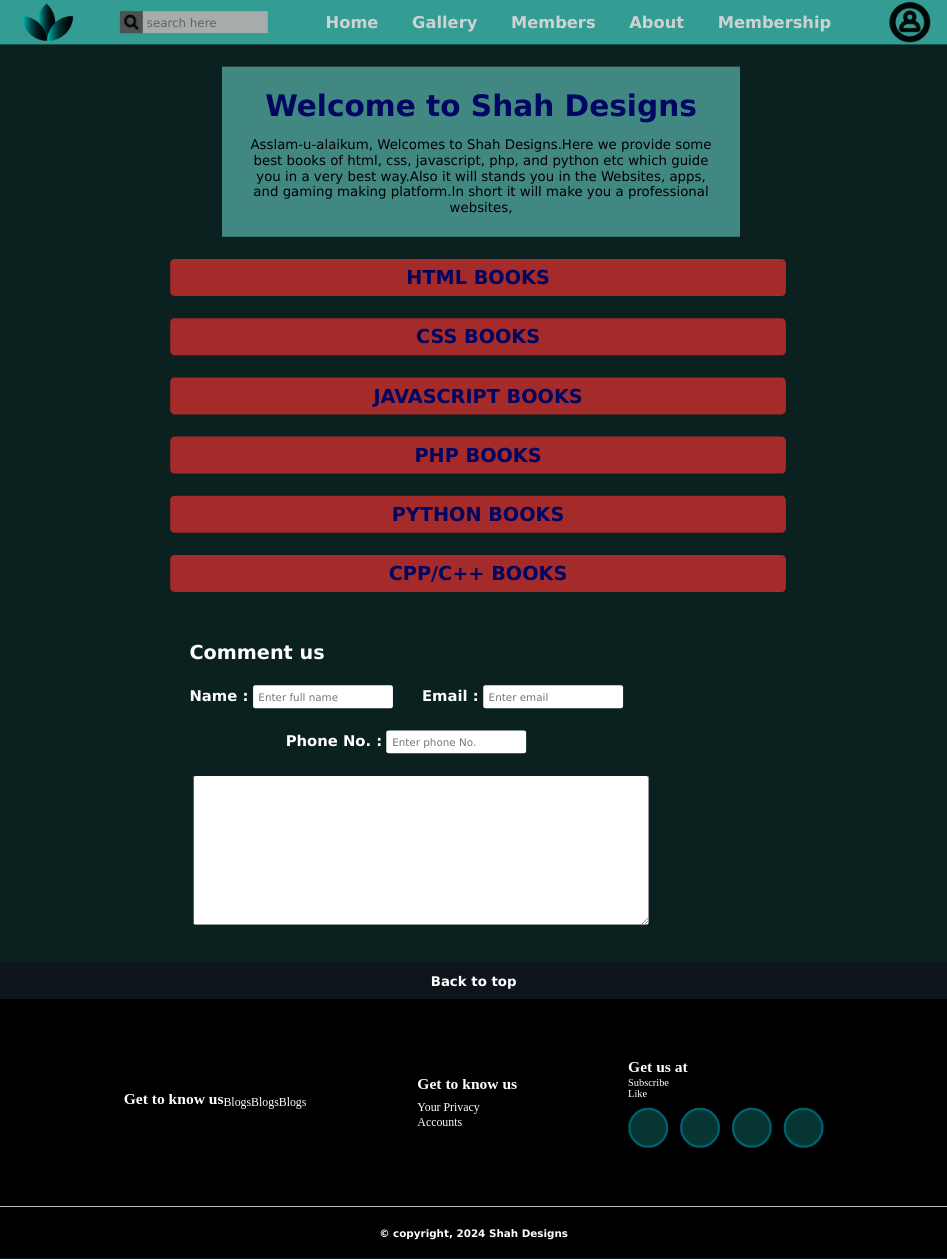
Repository: RawahaMR11/my_assignments
Page: rawaha computer/Shah Designs web/Shah home page.html
The author's editor kept a copy of each file at every save. The page is drawn from the files as they stood at one save, then again after the next save.
The browser window is 1280 px wide. The pictures show the whole page, at 74% of full size.

Above is the page before, as saved 2024-12-13 11:10:47.

### rawaha computer/Shah Designs web/Shah home page.html
<!DOCTYPE html>
<html lang="en">
<head>
      <meta charset="UTF-8">
      <meta name="viewport" content="width=device-width, initial-scale=1.0">
      <title>Shah Designs</title>
      <link rel="stylesheet" href="Shah home page.css">
</head>
<body>
<div class="my-display">
      <header>
            <div class="logo">
                  <img src="logo.png" alt="Shah Designs logo">
            </div><!--end logo-->
            <div class="search">
                  <img src="search.png" alt="Search-icon">
                  <input type="text" placeholder="search here">
            </div><!--end search-->
            <div class="home">
                  <a href="Shah home page.html">Home</a>
            </div><!--end home-->
            <div class="gallery">
                  <a href="#">Gallery</a>
            </div><!--end gallery-->
            <div class="members">
                  <a href="#">Members</a>
            </div><!--end members -->
            <div class="about">
                  <a href="#">About</a>
            </div><!--end about-->
            <div class="membership">
                  <a href="#">Membership</a>
            </div>
            <div class="login">
                  <img src="sign in.png" alt="Login">
            </div><!--end login-->
      </header>


      <div class="wrapper">
            <div id="welcome">
                  <h1>Welcome to Shah Designs</h1><br>
                  <p>Asslam-u-alaikum, Welcomes to Shah Designs.Here we provide some best books of html, css, javascript, php, and python etc which guide you in a very best way.Also it will stands you in the Websites, apps, and gaming making platform.In short it will make you a professional websites, </p>
            </div><!--end welcome-->
      </div><!--end wrapper-->


      <div class="html-books">
            <p>HTML BOOKS</p>
      </div>
      <div class="css-books">
            <p>CSS BOOKS</p>
      </div>
      <div class="javascript-books">
            <p>JAVASCRIPT BOOKS</p>
      </div>
      <div class="php-books">
            <p>PHP BOOKS</p>
      </div>
      <div class="python-books">
            <p>PYTHON BOOKS</p>
      </div>
      <div class="Cpp-books">
            <p>CPP/C++ BOOKS</p>
      </div>



      <div class="datail">

      </div>



      <div class="comment">
            <h2>Comment us</h2>
            <label for="name">Name :</label><input type="text" placeholder="Enter full name">
            <label for="name" id="email-label">Email :</label><input type="email" placeholder="Enter email">
            <label for="name" id="phone-label">Phone No. :</label><input type="text" placeholder="Enter phone No.">
            <textarea name="comment" id="comment"></textarea>
      </div>


      <div class="bach-to-top">
            <button>Back to top</button>
      </div>



      <footer>
            <div class="foot-panel1">
                  <div id="panel1">
                        <h2>Get to know us</h2>
                        <p>Blogs</p>
                        <p>Blogs</p>
                        <p>Blogs</p>
                  </div>
                  <div id="panel2">
                        <h2>Get to know us</h2>
                        <p>Your Privacy</p>
                        <p>Accounts</p>
                  </div>
                  <div id="panel3">
                        <h2>Get us at</h2>
                        <p>Subscribe</p>
                        <p>Like</p>
                        <div class="relation">
                              <div id="insta">

                              </div>
                              <div id="facebook">

                              </div>
                              <div id="tiktok">

                              </div>
                              <div id="twitter">
                              </div>
                        </div>
                  </div>
            </div>

            <div class="foot-panel2">
                  &COPY; copyright, 2024 Shah Designs
            </div>
      </footer>
</div>
</body>
</html>

### rawaha computer/Shah Designs web/Shah home page.css
* {
      margin: 0;
      padding: 0;
}
body {
      display: block;
      font-size: 14px;
      background-color: rgb(10, 33, 32);
}
.my-display {
      width: 80%;
      margin: 0 auto;
      height: 100%;
      width: 100%;
}
/* css for opening my page on tablets (screens with width <=768px) */
@media screen and (max-width: 768px) {
      body {
            font-size: 16px;
      }
      .my-display {
            width: 100%;
      }
}
/* css for opening my page on laptops,pcs etc (screens with width <=1080px) */
@media screen and (max-width: 1080px) {
      body {
            font-size: 14px;
      }
      .my-display {
            width: 100%;
      }
}
/* css for opening my page on phones (screens with width <=480px) */
@media screen and (max-width: 480px) {
      body {
            font-size: 10px;
      }
      .my-display {
            width: 100%;
      }
}
header {
      width: 100%;
      height: 60px;
      display: flex;
      align-items: center;
      background-color: rgb(62, 188, 176);
      opacity: 80%;
      gap: 31.5px;
}
.logo {
      height: 83%;
      width: 70px;
      margin: 0 30px 0;
}
.logo img {
      height: 100%;
      width: 100%;
}
.search {
      width: 200px;
      height: 30px;
      background-color: rgb(95, 95, 95);
      display: flex;
      align-items: center;
      justify-content: space-evenly;
}
.search img {
      width: 10%;
      height: 65%;
      padding: 6px;
}
.search input {
      width: 90%;
      padding: 5.34px;
      border: none;
      outline: none;
      background-color: rgb(207, 207, 207);
      font-family: Verdana, Geneva, Tahoma, sans-serif;
      font-size: 16px;
}
.home {
      font-family: Verdana, Geneva, Tahoma, sans-serif;
      font-size: 22px;
      margin-left: 40px;
      padding: 7px;
}
.home:hover {
      background-color: rgb(161, 161, 161);
}
.home a {
      text-decoration: none;
      font-weight: 700;
      color: white;
}
.gallery {
      font-family: Verdana, Geneva, Tahoma, sans-serif;
      font-size: 22px;
      padding: 7px;
}
.gallery:hover {
      background-color: rgb(161, 161, 161);
}
.gallery a {
      text-decoration: none;
      font-weight: 700;
      color: white;
}
.members {
      font-family: Verdana, Geneva, Tahoma, sans-serif;
      font-size: 22px;
      padding: 7px;
}
.members:hover {
      background-color: rgb(161, 161, 161);
}
.members a {
      text-decoration: none;
      font-weight: 700;
      color: white;
}
.about {
      font-family: Verdana, Geneva, Tahoma, sans-serif;
      font-size: 22px;
      padding: 7px;
}
.about:hover {
      background-color: rgb(161, 161, 161);
}
.about a {
      text-decoration: none;
      font-weight: 700;
      color: white;
}
.membership {
      font-family: Verdana, Geneva, Tahoma, sans-serif;
      font-size: 22px;
      padding: 7px;
}
.membership:hover {
      background-color: rgb(161, 161, 161);
}
.membership a {
      text-decoration: none;
      font-weight: 700;
      color: white;
}
.login {
      height: 90%;
      width: 55px;
      float: right;
      margin-left: 40px;
}
.login img {
      height: 100%;
      width: 100%;
      cursor: pointer;
}
.wrapper {
      width: 50%;
      height: auto;
      display: flex;
      align-items: center;
      justify-content: center;
      margin-top: 30px;
      background-color: rgb(64, 136, 129);
      padding: 30px;
      margin-left: 300px;
}
#welcome {
      width: 100%;
      font-family: Verdana, Geneva, Tahoma, sans-serif;
      font-size: 16px;
}
#welcome h1 {
      text-align: center;
      color: rgb(0, 6, 97);
      font-size: 40px;
}
#welcome p {
      text-align: center;
      font-size: 18px;
      font-family: Verdana, Geneva, Tahoma, sans-serif;
}
.html-books {
      height: 50px;
      width: 65%;
      background-color: brown;
      margin: 30px 230px 0;
      border-radius: 6px;
      display: flex;
      align-items: center;
      justify-content: center;
      cursor: pointer;
      color: rgb(0, 6, 97);
}
.html-books p {
      font-family: Verdana, Geneva, Tahoma, sans-serif;
      font-size: 26px;
      font-weight: 700;
}
.css-books {
      height: 50px;
      width: 65%;
      background-color: brown;
      margin: 30px 230px 0;
      border-radius: 6px;
      display: flex;
      align-items: center;
      justify-content: center;
      cursor: pointer;
      color: rgb(0, 6, 97);
}
.css-books p {
      font-family: Verdana, Geneva, Tahoma, sans-serif;
      font-size: 26px;
      font-weight: 700;
}
.javascript-books {
      height: 50px;
      width: 65%;
      background-color: brown;
      margin: 30px 230px 0;
      border-radius: 6px;
      display: flex;
      align-items: center;
      justify-content: center;
      cursor: pointer;
      color: rgb(0, 6, 97);
}
.javascript-books p {
      font-family: Verdana, Geneva, Tahoma, sans-serif;
      font-size: 26px;
      font-weight: 700;
}
.php-books {
      height: 50px;
      width: 65%;
      background-color: brown;
      margin: 30px 230px 0;
      border-radius: 6px;
      display: flex;
      align-items: center;
      justify-content: center;
      cursor: pointer;
      color: rgb(0, 6, 97);
}
.php-books p {
      font-family: Verdana, Geneva, Tahoma, sans-serif;
      font-size: 26px;
      font-weight: 700;
}
.python-books {
      height: 50px;
      width: 65%;
      background-color: brown;
      margin: 30px 230px 0;
      border-radius: 6px;
      display: flex;
      align-items: center;
      justify-content: center;
      cursor: pointer;
      color: rgb(0, 6, 97);

}
.python-books p {
      font-family: Verdana, Geneva, Tahoma, sans-serif;
      font-size: 26px;
      font-weight: 700;
}
.Cpp-books {
      height: 50px;
      width: 65%;
      background-color: brown;
      margin: 30px 230px 0;
      border-radius: 6px;
      display: flex;
      align-items: center;
      justify-content: center;
      cursor: pointer;
      color: rgb(0, 6, 97);
}
.Cpp-books p {
      font-family: Verdana, Geneva, Tahoma, sans-serif;
      font-size: 26px;
      font-weight: 700;
}
.comment {
      width: 50%;
      margin: 50px 240px 0;
      padding: 16px;
}
.comment h2 {
      font-family: Verdana, Geneva, Tahoma, sans-serif;
      font-size: 26px;
      font-weight: 700;
      color: white;
}
.comment label {
      margin-top: 30px;
      font-family: Verdana, Geneva, Tahoma, sans-serif;
      font-size: 20px;
      font-weight: 700;
      color: white;
}
.comment input {
      margin: 30px 6px 0;
      font-family: Verdana, Geneva, Tahoma, sans-serif;
      font-size: 14px;
      padding: 7.5px;
      border: none;
      outline: none;
      border-radius: 3px;
}
#email-label {
      margin-left: 30px;
}
#phone-label {
      margin-left: 130px;
}
.comment textarea {
      width: 96%;
      height: 200px;
      margin: 30px 5px 0;
}
.bach-to-top {
      width: 100%;
      height: 50px;
      display: inline-flex;
      align-items: center;
      justify-content: center;
      margin-top: 30px;
      background-color: rgb(13, 20, 27);
}
.bach-to-top button {
      padding: 5px;
      font-family: Verdana, Geneva, Tahoma, sans-serif;
      font-size: 18px;
      font-weight: 700;
      background-color: rgb(13, 20, 27);
      border: none;
      color: white;
}
footer {
      height: 350px;
      background-color: rgb(0, 0, 0);
}
.foot-panel1 {
      height: 80%;
      display: flex;
      align-items: center;
      justify-content: center;
      gap: 150px;
      color: white;
}
#panel1 {
      height: 100%;
      display: flex;
      align-items: center;
      justify-content: center;
}
#panel1 h2 {
      margin-bottom: 10px;
      text-align: center;
}
#panel1 p {
      margin-bottom: 3px;
      text-align: start;
      font-size: 16px;
}
.foot-panel2 {
      height: 20%;
      border-top: 1px solid white;
      color: white;
      display: flex;
      align-items: center;
      justify-content: center;
      font-family: Verdana, Geneva, Tahoma, sans-serif;
      font-size: 14px;
      font-weight: 700;
}
#panel1 {
      height: 100%;
}
#panel2 h2 {
      margin-bottom: 10px;
      text-align: center;
}
#panel2 p {
      margin-bottom: 3px;
      text-align: start;
      font-size: 16px;
}
.relation {
      display: flex;
      align-items: center;
      gap: 1rem;
  }
  #insta {
      height: 3rem;
      width: 3rem;
      background-color: rgb(6, 53, 51);
      border-radius: 3rem;
      margin-top: 10px;
      border: 0.5vh solid rgb(0, 97, 114);
      transition: 0.3s ease;
  }
  #insta:hover {
      transform: scale(1.1); /* Zoom in effect on hover */
      box-shadow: 0rem 0rem 1rem rgba(17, 251, 255, 0.4), 0rem 0rem 1rem rgba(17, 251, 255, 0.4);
      box-shadow: 0px 0px 1.2rem rgba(17, 251, 255, 0.4);
  }
  #facebook {
      height: 3rem;
      width: 3rem;
      background-color: rgb(6, 53, 51);
      margin-top: 10px;
      border-radius: 3rem;
      border: 0.5vh solid rgb(0, 97, 114);
      transition: 0.3s ease;
  }
  #facebook:hover {
      transform: scale(1.1); /* Zoom in effect on hover */
      box-shadow: 0rem 0rem 1rem rgba(17, 251, 255, 0.4), 0rem 0rem 1rem rgba(17, 251, 255, 0.4);
      box-shadow: 0px 0px 1.2rem rgba(17, 251, 255, 0.4);
  }
  #tiktok {
      height: 3rem;
      width: 3rem;
      background-color: rgb(6, 53, 51);
      margin-top: 10px;
      border-radius: 3rem;
      border: 0.5vh solid rgb(0, 97, 114);
      transition: 0.3s ease;
  }
  #tiktok:hover {
      transform: scale(1.1); /* Zoom in effect on hover */
      box-shadow: 0rem 0rem 1rem rgba(17, 251, 255, 0.4), 0rem 0rem 1rem rgba(17, 251, 255, 0.4);
      box-shadow: 0px 0px 1.2rem rgba(17, 251, 255, 0.4);
  }
  #twitter {
      height: 3rem;
      width: 3rem;
      background-color: rgb(6, 53, 51);
      margin-top: 10px;
      border-radius: 3rem;
      border: 0.5vh solid rgb(0, 97, 114);
      transition: 0.3s ease;
  }
  #twitter:hover {
      transform: scale(1.1); /* Zoom in effect on hover */
      box-shadow: 0rem 0rem 1rem rgba(17, 251, 255, 0.4), 0rem 0rem 1rem rgba(17, 251, 255, 0.4);
      box-shadow: 0px 0px 1.2rem rgba(17, 251, 255, 0.4);
  }

After the next save:
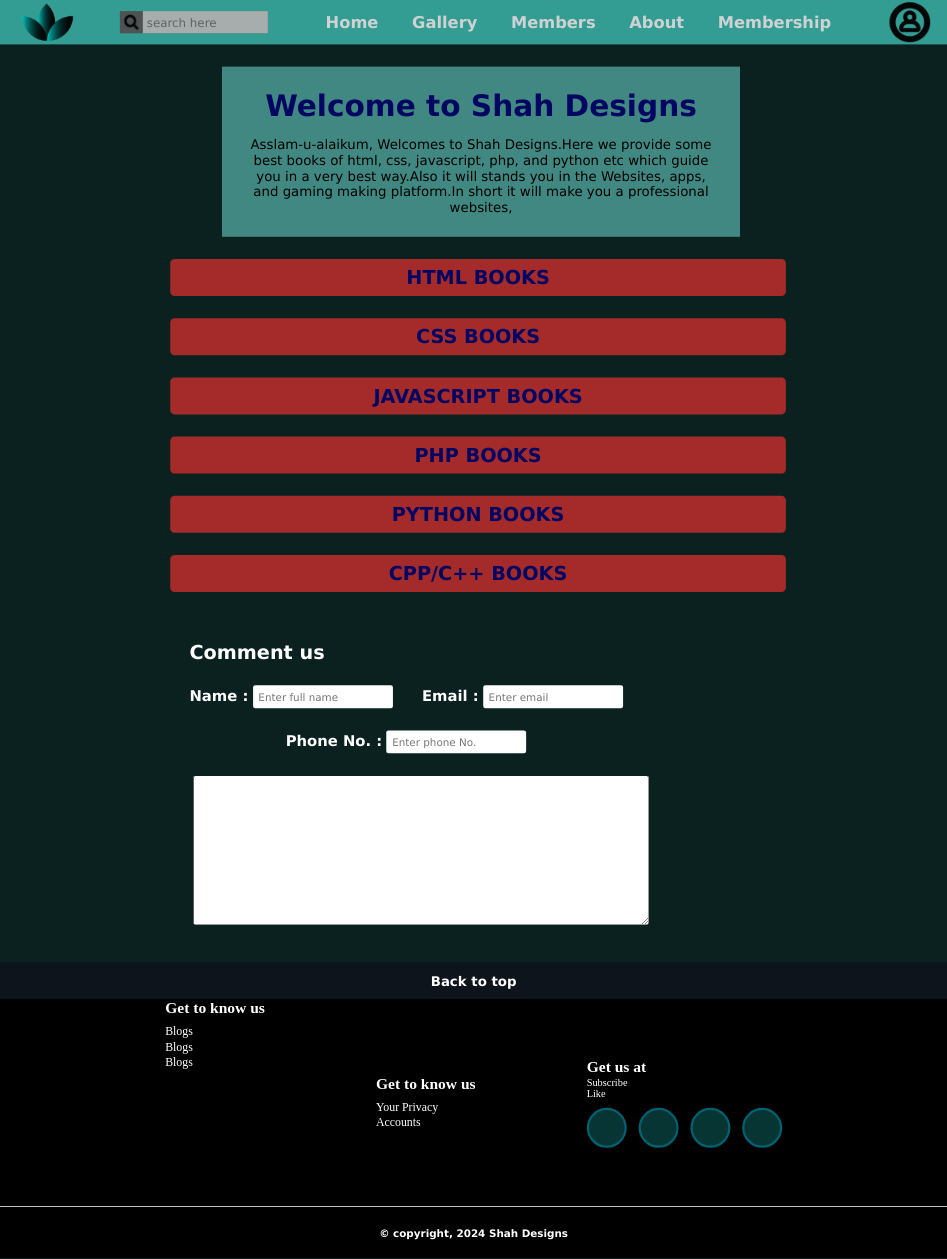
Saved 19 s later.
--- a/rawaha computer/Shah Designs web/Shah home page.css
+++ b/rawaha computer/Shah Designs web/Shah home page.css
@@ -356,9 +356,6 @@ footer {
 }
 #panel1 {
       height: 100%;
-      display: flex;
-      align-items: center;
-      justify-content: center;
 }
 #panel1 h2 {
       margin-bottom: 10px;
